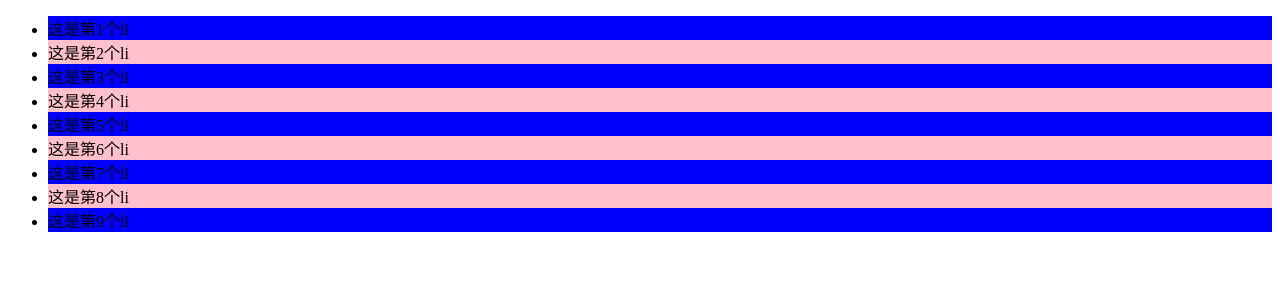
Repository: chenguocan/Webpack_demo_01
Page: /
The author's editor kept a copy of each file at every save. The page is drawn from the files as they stood at one save, then again after the next save.
The browser window is 1280 px wide. The pictures show the whole page.
The project was rebuilt for these pictures with package versions that can differ from the ones it lists, and the page was loaded fresh each time. Also part of the build but not shown: webpack.config.js.

Above is the page before, as saved 2020-08-01 08:29:49.

After the next save:
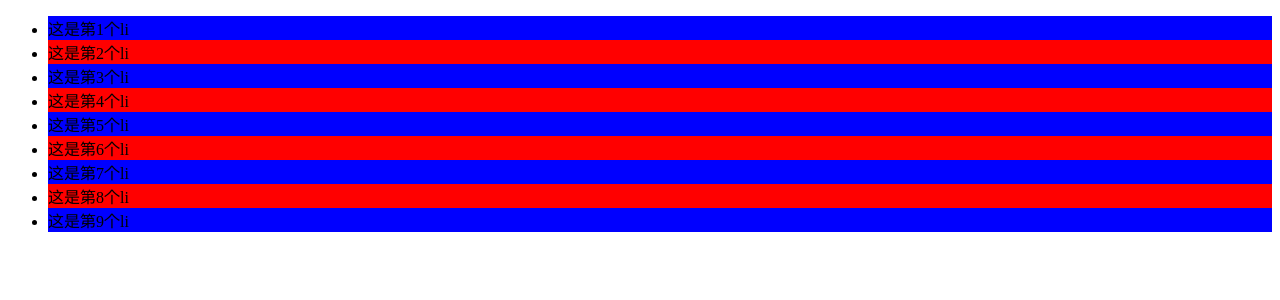
Saved 104 s later.
--- a/src/index.js
+++ b/src/index.js
@@ -1,5 +1,5 @@
 import $ from "jquery";
 $(function () {
-  $("li:odd").css("backgroundColor", "pink");
+  $("li:odd").css("backgroundColor", "red");
   $("li:even").css("backgroundColor", "blue");
 });

After the 2 saves that followed:
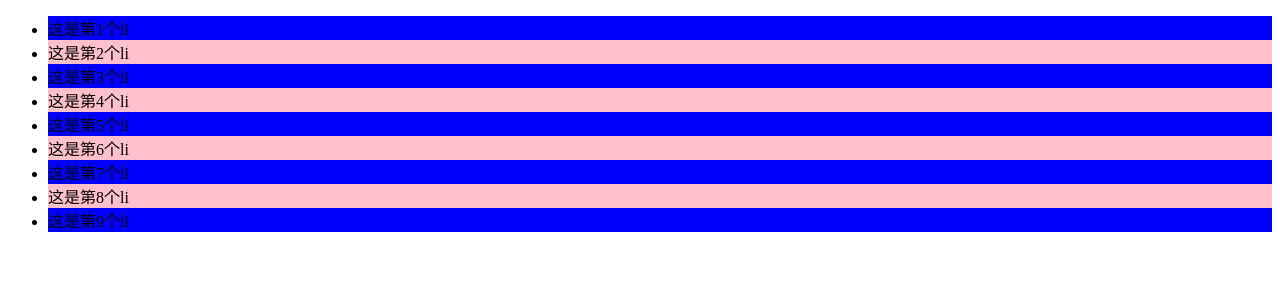
The 2 saves are shown as one change because 1 left the picture as it was.
The last was saved 12 min 38 s later.
--- a/src/index.html
+++ b/src/index.html
@@ -5,7 +5,7 @@
     <meta name="viewport" content="width=device-width, initial-scale=1.0" />
     <title>Document</title>
   </head>
-  <script src="../dist/bundle.js"></script>
+  <script src="/bundle.js"></script>
   <body>
     <ul>
       <li>这是第1个li</li>
--- a/src/index.js
+++ b/src/index.js
@@ -1,5 +1,5 @@
 import $ from "jquery";
 $(function () {
-  $("li:odd").css("backgroundColor", "red");
+  $("li:odd").css("backgroundColor", "pink");
   $("li:even").css("backgroundColor", "blue");
 });
